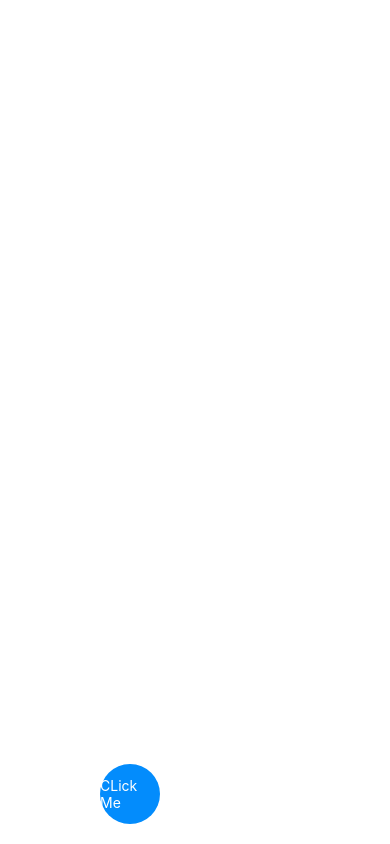
Repository: CodeBunny786/React-Native-Reveal-Animation
Screen: /
The author's editor kept a copy of each file at every save. The screen is drawn from the files as they stood at one save, then again after the next save.
The app was drawn by React Native's web renderer in a window 390 px wide. The project was rebuilt for these pictures with package versions that can differ from the ones it lists, and the page was loaded fresh each time.

Above is the screen before, as saved 2019-10-28 12:00:14.

### App.js
import React, { Component } from "react";
import { StyleSheet, View, Animated, Text, TouchableWithoutFeedback } from "react-native";

// import { MaterialCommunityIcons as Icon } from "@expo/vector-icons";

export default class animations extends Component {
  state = {
    animation: new Animated.Value(0),
  };
  toggleOpen = () => {
    if (this._open) {
      Animated.timing(this.state.animation, {
        toValue: 0,
        duration: 800,
      }).start();
    } else {
      Animated.timing(this.state.animation, {
        toValue: 1,
        duration: 800,
      }).start();
    }
    this._open = !this._open;
  };
  render() {
    const scaleInterpolate = this.state.animation.interpolate({
      inputRange: [0, 1],
      outputRange: [0, 30],
    });

    const bgStyle = {
      transform: [
        {
          scale: scaleInterpolate,
        },
      ],
    };
    return (
      <View style={styles.container}>
        <Animated.View style={[styles.background, bgStyle]} >

        </Animated.View>

        <TouchableWithoutFeedback onPress={this.toggleOpen}>
          <View style={[styles.button, styles.pay]}>

            <Text style={styles.payText}>CLick Me</Text>
          </View>
        </TouchableWithoutFeedback>
      </View>
    );
  }
}

const styles = StyleSheet.create({
  container: {
    flex: 1,
  },
  background: {
    backgroundColor: "#038cfc",
    position: "absolute",
    width: 60,
    height: 60,
    bottom: 20,
     right: 20,
     left:100,
    borderRadius: 30,
  },
  button: {
    width: 60,
    height: 60,
    alignItems: "center",
    justifyContent: "center",
    shadowColor: "blue",
    shadowOpacity: .2,
    shadowOffset: { x: 2, y: 0 },
    shadowRadius: 12,
    borderRadius: 30,
    position: "absolute",
    bottom: 20,
    // right: 20,
    right: 20,
     left:100,
  },
  other: {
    backgroundColor: "#FFF",
  },
  payText: {
    color: "#FFF",
  },
  pay: {
    backgroundColor: "#038cfc",
  },
  label: {
    color: "#FFF",
    position: "absolute",
    fontSize: 18,
    backgroundColor: "transparent",
  },
});

After the next save:
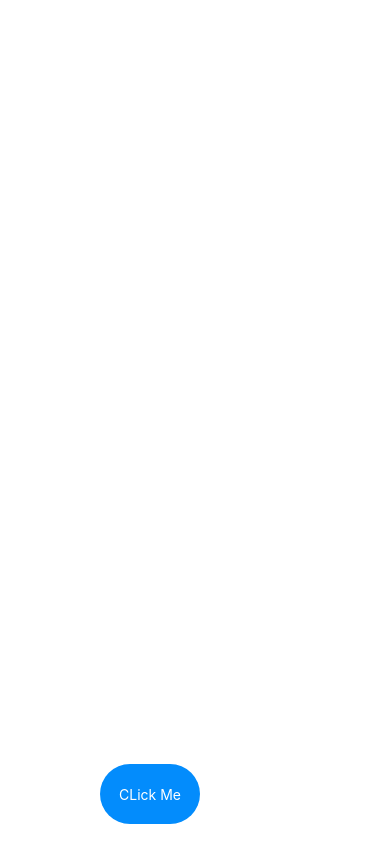
Saved 6 s later.
--- a/App.js
+++ b/App.js
@@ -66,7 +66,7 @@ const styles = StyleSheet.create({
     borderRadius: 30,
   },
   button: {
-    width: 60,
+    width: 100,
     height: 60,
     alignItems: "center",
     justifyContent: "center",
